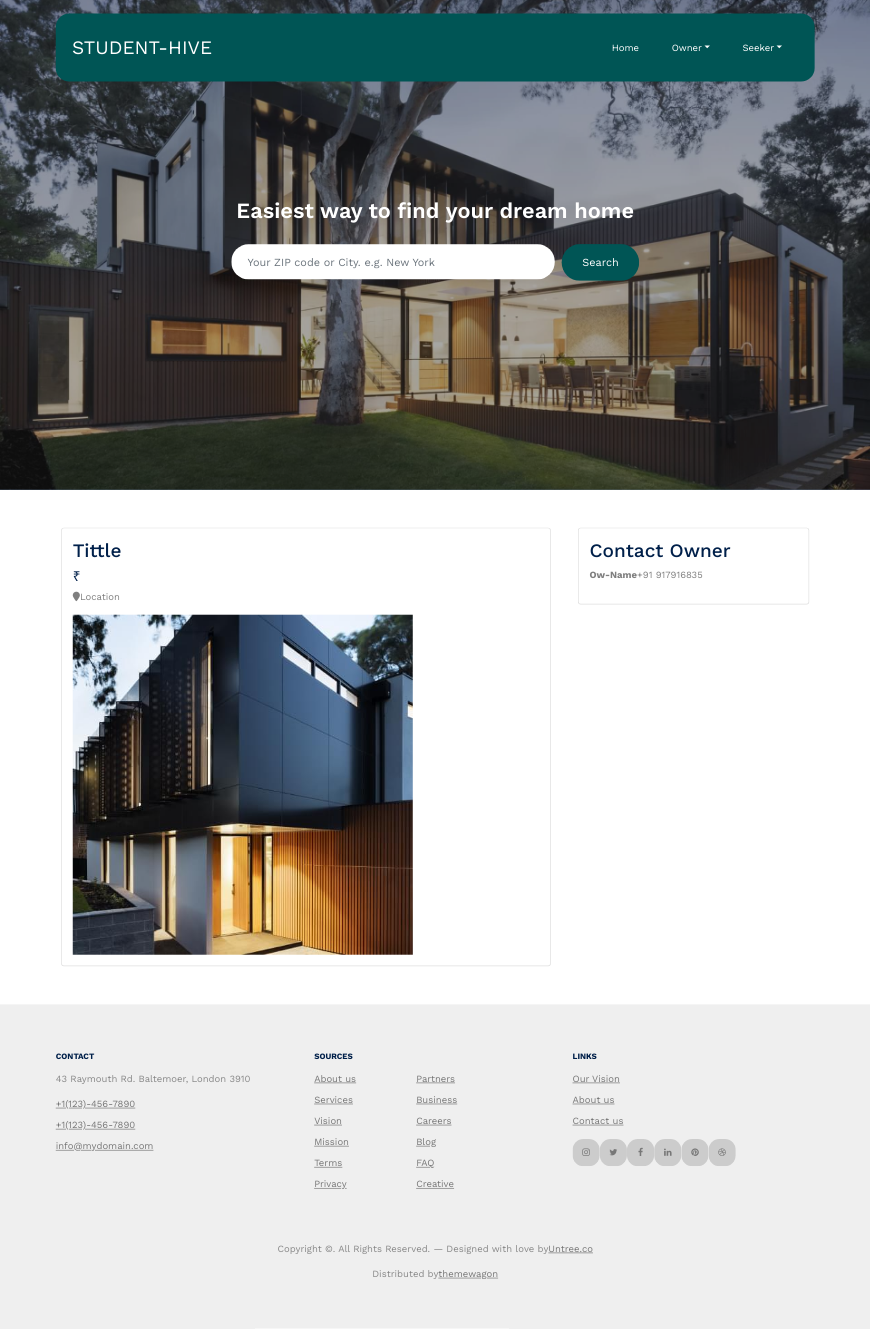
Repository: Farhan0021/Rentalproject
Page: /details (app in front/)
The author's editor kept a copy of each file at every save. The page is drawn from the files as they stood at one save, then again after the next save.
The browser window is 1280 px wide. The pictures show the whole page, at 68% of full size.
The project was rebuilt for these pictures with package versions that can differ from the ones it lists, and the page was loaded fresh each time. Also part of the build but not shown: front/vite.config.js, front/src/pages/Home.jsx, front/src/pages/seekers/Login.jsx, front/src/schema/SeekerSignupSchema.jsx, front/src/pages/seekers/Signup.jsx, front/src/pages/owner/Login.jsx, front/src/schema/OwnerSignupSchema.jsx, front/src/pages/owner/Signup.jsx.

Above is the page before, as saved 2025-04-30 23:46:12.
Console error: TypeError: Cannot read properties of null (reading 'style')

### front/index.html
<!doctype html>
<html lang="en">
  <head>
    <meta charset="UTF-8" />
    <link rel="icon" type="image/svg+xml" href="/vite.svg" />
    <meta name="viewport" content="width=device-width, initial-scale=1.0" />
    <title>Vite + React</title>
    <link rel="preconnect" href="https://fonts.googleapis.com" />
    <link rel="preconnect" href="https://fonts.gstatic.com" crossorigin />
    <link
      href="https://fonts.googleapis.com/css2?family=Work+Sans:wght@400;500;600;700&display=swap"
      rel="stylesheet"
    />

    <link rel="stylesheet" href="/Assets/fonts/icomoon/style.css" />
    <link rel="stylesheet" href="/Assets/fonts/flaticon/font/flaticon.css" />

    <link rel="stylesheet" href="/Assets/css/tiny-slider.css" />
    <link rel="stylesheet" href="/Assets/css/aos.css" />
    <link rel="stylesheet" href="/Assets/css/style.css" />

    <link rel="stylesheet" href="https://cdnjs.cloudflare.com/ajax/libs/font-awesome/6.7.2/css/all.min.css" integrity="sha512-Evv84Mr4kqVGRNSgIGL/F/aIDqQb7xQ2vcrdIwxfjThSH8CSR7PBEakCr51Ck+w+/U6swU2Im1vVX0SVk9ABhg==" crossorigin="anonymous" referrerpolicy="no-referrer" />


  </head>
  <body>
    <div id="root"></div>
    <script type="module" src="/src/main.jsx"></script>

    <script src="/Assets/js/bootstrap.bundle.min.js"></script>
    <script src="/Assets/js/tiny-slider.js"></script>
    <script src="/Assets/js/aos.js"></script>
    <script src="/Assets/js/navbar.js"></script>
    <script src="/Assets/js/counter.js"></script>
    <script src="/Assets/js/custom.js"></script>
  </body>
  </body>
</html>

### front/src/main.jsx
import { StrictMode } from 'react'
import { createRoot } from 'react-dom/client'
import App from './App'
import { BrowserRouter } from 'react-router-dom'


createRoot(document.getElementById('root')).render(
  <StrictMode>
    <BrowserRouter>
    <App />
    </BrowserRouter>
  </StrictMode>,
)

### front/src/App.jsx
import React from 'react'
import HeaderNew from './components/HeaderNew'
import Slider from './components/Slider'
import Footer from './components/Footer'
import AllRoutes from './routes/AllRoutes'

const App = () => {
  return (
    <>

    {/* <Header/> */}
    <HeaderNew/>
    <Slider/>
    <AllRoutes/>
    <Footer/>

     </>
  )
}

export default App

### front/src/components/HeaderNew.jsx
import React from'react'
import {NavLink} from 'react-router-dom'

const HeaderNew = () => {
    return (

    <div className="container fixed-top" style={{top:"20px" }}>
     <nav className='navbar navbar-expand-sm navbar-dark bg-green p-4' style={{borderRadius : "20px"}}>
          <NavLink className="navbar-brand" style={{fontSize : "28px"}} to='/'>STUDENT-HIVE</NavLink>
              <button className='navbar-toggler' data-bs-toggle="collapse" data-bs-target="#menu">
                 <span className='navbar-toggler-icon'></span>
              </button>
         <div className='collapse navbar-collapse justify-content-end' id='menu'>
             <ul className='nav navbar-nav'>

                  <li className='nav-item '>
                     <NavLink className="nav-link px-4 " to="/">Home</NavLink>
                    </li>
                <li className='nav-item dropdown'>
                        <a data-bs-toggle="dropdown" className="nav-link px-4 dropdown-toggle" href="#">Owner</a>
                        <div className="dropdown-menu" >
                            <NavLink className="dropdown-item" to="/owner/login">Login</NavLink>
                            <NavLink className="dropdown-item" to="/owner/signup">SignUp</NavLink>
                        </div>

                    </li>


                    <li className='nav-item dropdown'>
                        <a data-bs-toggle="dropdown" className="nav-link px-4 dropdown-toggle" href="#">Seeker</a>
                        <div className="dropdown-menu" >
                            <NavLink className="dropdown-item" to="/seeker/login">Login</NavLink>
                            <NavLink className="dropdown-item" to="/seeker/signup">SignUp</NavLink>
                        </div>

                    </li>


                </ul>
             </div>

             </nav>
       </div>
    )
}

export default HeaderNew

### front/src/components/Slider.jsx
import React from 'react'

const Slider = () => {
    return (
        <div className="hero">
        <div className="hero-slide">
          <div
            className="img overlay"
            style={{backgroundImage: "url('/Assets/images/hero_bg_3.jpg')"}}
          ></div>

        </div>

        <div className="container">
          <div className="row justify-content-center align-items-center">
            <div className="col-lg-9 text-center">
              <h1 className="heading" data-aos="fade-up">
                Easiest way to find your dream home
              </h1>
              <form
                action="#"
                className="narrow-w form-search d-flex align-items-stretch mb-3"
                data-aos="fade-up"
                data-aos-delay="200"
              >
                <input
                  type="text"
                  className="form-control px-4"
                  placeholder="Your ZIP code or City. e.g. New York"
                />
                <button type="submit" className="btn btn-primary">Search</button>
              </form>
            </div>
          </div>
        </div>
      </div>

    )
}
export default Slider

### front/src/components/Footer.jsx
import React from 'react'

const Footer = () => {
    return (
        <div className="site-footer">
        <div className="container">
          <div className="row">
            <div className="col-lg-4">
              <div className="widget">
                <h3>Contact</h3>
                <address>43 Raymouth Rd. Baltemoer, London 3910</address>
                <ul className="list-unstyled links">
                  <li><a href="tel://11234567890">+1(123)-456-7890</a></li>
                  <li><a href="tel://11234567890">+1(123)-456-7890</a></li>
                  <li>
                    <a href="mailto:info@mydomain.com">info@mydomain.com</a>
                  </li>
                </ul>
              </div>

            </div>

            <div className="col-lg-4">
              <div className="widget">
                <h3>Sources</h3>
                <ul className="list-unstyled float-start links">
                  <li><a href="#">About us</a></li>
                  <li><a href="#">Services</a></li>
                  <li><a href="#">Vision</a></li>
                  <li><a href="#">Mission</a></li>
                  <li><a href="#">Terms</a></li>
                  <li><a href="#">Privacy</a></li>
                </ul>
                <ul className="list-unstyled float-start links">
                  <li><a href="#">Partners</a></li>
                  <li><a href="#">Business</a></li>
                  <li><a href="#">Careers</a></li>
                  <li><a href="#">Blog</a></li>
                  <li><a href="#">FAQ</a></li>
                  <li><a href="#">Creative</a></li>
                </ul>
              </div>

            </div>

            <div className="col-lg-4">
              <div className="widget">
                <h3>Links</h3>
                <ul className="list-unstyled links">
                  <li><a href="#">Our Vision</a></li>
                  <li><a href="#">About us</a></li>
                  <li><a href="#">Contact us</a></li>
                </ul>

                <ul className="list-unstyled social">
                  <li>
                    <a href="#"><span className="icon-instagram"></span></a>
                  </li>
                  <li>
                    <a href="#"><span className="icon-twitter"></span></a>
                  </li>
                  <li>
                    <a href="#"><span className="icon-facebook"></span></a>
                  </li>
                  <li>
                    <a href="#"><span className="icon-linkedin"></span></a>
                  </li>
                  <li>
                    <a href="#"><span className="icon-pinterest"></span></a>
                  </li>
                  <li>
                    <a href="#"><span className="icon-dribbble"></span></a>
                  </li>
                </ul>
              </div>

            </div>

          </div>


          <div className="row mt-5">
            <div className="col-12 text-center">


              <p>
                Copyright &copy;
                <script>
                  document.write(new Date().getFullYear());
                </script>
                . All Rights Reserved. &mdash; Designed with love by
                <a href="https://untree.co">Untree.co</a>

              </p>
              <div>
                Distributed by
                <a href="https://themewagon.com/" target="_blank">themewagon</a>
              </div>
            </div>
          </div>
        </div>

      </div>

    )
}
export default Footer

### front/src/routes/AllRoutes.jsx
import React from 'react'
import { Routes, Route } from 'react-router-dom'
import {
    Home,
SeekerLogin,
SeekerSignup,
OwnerLogin,
OwnerSignup,
Details
} from '../pages'

const AllRoutes = () => {
    return(
        <>
        <Routes>
            <Route path='' element= { <Home/>}/>
            <Route path='details' element={<Details/>}/>
            <Route path='seeker/login' element={<SeekerLogin/>}/>
            <Route path='seeker/Signup' element={<SeekerSignup/>}/>

            <Route path='owner/Login' element={<OwnerLogin/>}/>
            <Route path='owner/Signup' element={<OwnerSignup/>}/>
        </Routes>

     </>

    )
}
export default AllRoutes

### front/src/pages/index.jsx
import Home from "./Home";
import SeekerLogin from "./seekers/Login"
import SeekerSignup from "./seekers/Signup";
import OwnerLogin from "./owner/Login"
import OwnerSignup from "./owner/Signup"
import Details from "./Details";

export {Home,Details,SeekerLogin,SeekerSignup,OwnerLogin,OwnerSignup};

### front/src/pages/Details.jsx
import React from 'react'

const Details = () => {
    return (
        <div className="container my-5">
            <div className="row">
                <div className="col-md-8 ">
                    <div className="card m-2 p-3">
                       <h3>Tittle </h3>
                       <h5>&#8377;</h5>
                       <p> <i class="fa fa-map-marker" aria-hidden="true"></i>
                       Location</p>
                       <div className="col-md-5">
                        <img src='public/assets/images/img_7.jpg'/>
                       </div>
                       <div className="col-md-7"></div>

                    </div>
                </div>
                <div className="col-md-4">
                    <div className="card m-2 p-3">
                        <h3>Contact Owner</h3>
                        <p><b>Ow-Name</b>+91 917916835 </p>
                    </div>
                </div>
            </div>
        </div>
    )
}

export default Details

### front/public/Assets/css/tiny-slider.css
.tns-outer{padding:0 !important}.tns-outer [hidden]{display:none !important}.tns-outer [aria-controls],.tns-outer [data-action]{cursor:pointer}.tns-slider{-webkit-transition:all 0s;-moz-transition:all 0s;transition:all 0s}.tns-slider>.tns-item{-webkit-box-sizing:border-box;-moz-box-sizing:border-box;box-sizing:border-box}.tns-horizontal.tns-subpixel{white-space:nowrap}.tns-horizontal.tns-subpixel>.tns-item{display:inline-block;vertical-align:top;white-space:normal}.tns-horizontal.tns-no-subpixel:after{content:'';display:table;clear:both}.tns-horizontal.tns-no-subpixel>.tns-item{float:left}.tns-horizontal.tns-carousel.tns-no-subpixel>.tns-item{margin-right:-100%}.tns-no-calc{position:relative;left:0}.tns-gallery{position:relative;left:0;min-height:1px}.tns-gallery>.tns-item{position:absolute;left:-100%;-webkit-transition:transform 0s, opacity 0s;-moz-transition:transform 0s, opacity 0s;transition:transform 0s, opacity 0s}.tns-gallery>.tns-slide-active{position:relative;left:auto !important}.tns-gallery>.tns-moving{-webkit-transition:all 0.25s;-moz-transition:all 0.25s;transition:all 0.25s}.tns-autowidth{display:inline-block}.tns-lazy-img{-webkit-transition:opacity 0.6s;-moz-transition:opacity 0.6s;transition:opacity 0.6s;opacity:0.6}.tns-lazy-img.tns-complete{opacity:1}.tns-ah{-webkit-transition:height 0s;-moz-transition:height 0s;transition:height 0s}.tns-ovh{overflow:hidden}.tns-visually-hidden{position:absolute;left:-10000em}.tns-transparent{opacity:0;visibility:hidden}.tns-fadeIn{opacity:1;filter:alpha(opacity=100);z-index:0}.tns-normal,.tns-fadeOut{opacity:0;filter:alpha(opacity=0);z-index:-1}.tns-vpfix{white-space:nowrap}.tns-vpfix>div,.tns-vpfix>li{display:inline-block}.tns-t-subp2{margin:0 auto;width:310px;position:relative;height:10px;overflow:hidden}.tns-t-ct{width:2333.3333333%;width:-webkit-calc(100% * 70 / 3);width:-moz-calc(100% * 70 / 3);width:calc(100% * 70 / 3);position:absolute;right:0}.tns-t-ct:after{content:'';display:table;clear:both}.tns-t-ct>div{width:1.4285714%;width:-webkit-calc(100% / 70);width:-moz-calc(100% / 70);width:calc(100% / 70);height:10px;float:left}

### front/public/Assets/js/navbar.js
(function(){

	'use strict'


	var siteMenuClone = function() {
		var jsCloneNavs = document.querySelectorAll('.js-clone-nav');
		var siteMobileMenuBody = document.querySelector('.site-mobile-menu-body');



		jsCloneNavs.forEach(nav => {
			var navCloned = nav.cloneNode(true);
			navCloned.setAttribute('class', 'site-nav-wrap');
			siteMobileMenuBody.appendChild(navCloned);
		});

		setTimeout(function(){

			var hasChildrens = document.querySelector('.site-mobile-menu').querySelectorAll(' .has-children');

			var counter = 0;
			hasChildrens.forEach( hasChild => {

				var refEl = hasChild.querySelector('a');

				var newElSpan = document.createElement('span');
				newElSpan.setAttribute('class', 'arrow-collapse collapsed');

				// prepend equivalent to jquery
				hasChild.insertBefore(newElSpan, refEl);

				var arrowCollapse = hasChild.querySelector('.arrow-collapse');
				arrowCollapse.setAttribute('data-bs-toggle', 'collapse');
				arrowCollapse.setAttribute('data-bs-target', '#collapseItem' + counter);

				var dropdown = hasChild.querySelector('.dropdown');
				dropdown.setAttribute('class', 'collapse');
				dropdown.setAttribute('id', 'collapseItem' + counter);

				counter++;
			});

		}, 1000);


		// Click js-menu-toggle

		var menuToggle = document.querySelectorAll(".js-menu-toggle");
		var mTog;
		menuToggle.forEach(mtoggle => {
			mTog = mtoggle;
			mtoggle.addEventListener("click", (e) => {
				if ( document.body.classList.contains('offcanvas-menu') ) {
					document.body.classList.remove('offcanvas-menu');
					mtoggle.classList.remove('active');
					mTog.classList.remove('active');
				} else {
					document.body.classList.add('offcanvas-menu');
					mtoggle.classList.add('active');
					mTog.classList.add('active');
				}
			});
		})



		var specifiedElement = document.querySelector(".site-mobile-menu");
		var mt, mtoggleTemp;
		// document.addEventListener('click', function(event) {
		// 	var isClickInside = specifiedElement.contains(event.target);
		// 	menuToggle.forEach(mtoggle => {
		// 		mtoggleTemp = mtoggle
		// 		mt = mtoggle.contains(event.target);
		// 	})

		// 	if (!isClickInside && !mt) {
		// 		if ( document.body.classList.contains('offcanvas-menu') ) {
		// 			document.body.classList.remove('offcanvas-menu');
		// 			mtoggleTemp.classList.remove('active');
		// 		}
		// 	}

		// });

	};
	siteMenuClone();


})()

### front/public/Assets/js/counter.js
(function () {

	'use trict';
// How long you want the animation to take, in ms
const animationDuration = 2000;
// Calculate how long each ‘frame’ should last if we want to update the animation 60 times per second
const frameDuration = 1000 / 60;
// Use that to calculate how many frames we need to complete the animation
const totalFrames = Math.round( animationDuration / frameDuration );
// An ease-out function that slows the count as it progresses
const easeOutQuad = t => t * ( 2 - t );


const numberWithCommas = n => {
	return n.toString().replace(/\B(?=(\d{3})+(?!\d))/g, ',');
}

// The animation function, which takes an Element
const animateCountUp = el => {
	let frame = 0;
	const countTo = parseInt( el.innerHTML, 10 );
	// Start the animation running 60 times per second
	const counter = setInterval( () => {
		frame++;
		// Calculate our progress as a value between 0 and 1
		// Pass that value to our easing function to get our
		// progress on a curve
		const progress = easeOutQuad( frame / totalFrames );
		// Use the progress value to calculate the current count
		const currentCount = Math.round( countTo * progress );

		// If the current count has changed, update the element
		if ( parseInt( el.innerHTML, 10 ) !== currentCount ) {
			el.innerHTML = numberWithCommas(currentCount);
		}

		// If we’ve reached our last frame, stop the animation
		if ( frame === totalFrames ) {
			clearInterval( counter );
		}
	}, frameDuration );
};

// Run the animation on all elements with a class of ‘countup’
const runAnimations = () => {
	const countupEls = document.querySelectorAll( '.countup' );
	countupEls.forEach( animateCountUp );
};




// In Viewed
var elements;
var windowHeight;

function init() {
	elements = document.querySelectorAll('.section-counter');
	windowHeight = window.innerHeight;
}

function checkPosition() {
	var i;
	for (i = 0; i < elements.length; i++) {
		var element = elements[i];
		var positionFromTop = elements[i].getBoundingClientRect().top;
		if (positionFromTop - windowHeight <= 0) {
			if( !element.classList.contains('viewed') ) {
				element.classList.add('viewed');
				runAnimations();
			} else {
				if ( element.classList.contains('viewed') ) {

				}
			}

		}
	}
}

window.addEventListener('scroll', checkPosition);
window.addEventListener('resize', init);

init();
checkPosition();


})()

### front/public/Assets/js/custom.js
(function () {

	'use strict'


	AOS.init({
		duration: 800,
		easing: 'slide',
		once: true
	});

	var preloader = function() {

		var loader = document.querySelector('.loader');
		var overlay = document.getElementById('overlayer');

		function fadeOut(el) {
			el.style.opacity = 1;
			(function fade() {
				if ((el.style.opacity -= .1) < 0) {
					el.style.display = "none";
				} else {
					requestAnimationFrame(fade);
				}
			})();
		};

		setTimeout(function() {
			fadeOut(loader);
			fadeOut(overlay);
		}, 200);
	};
	preloader();


	var tinySdlier = function() {

		var heroSlider = document.querySelectorAll('.hero-slide');
		var propertySlider = document.querySelectorAll('.property-slider');
		var imgPropertySlider = document.querySelectorAll('.img-property-slide');
		var testimonialSlider = document.querySelectorAll('.testimonial-slider');


		if ( heroSlider.length > 0 ) {
			var tnsHeroSlider = tns({
				container: '.hero-slide',
				mode: 'carousel',
				speed: 700,
				autoplay: true,
				controls: false,
				nav: false,
				autoplayButtonOutput: false,
				controlsContainer: '#hero-nav',
			});
		}


		if ( imgPropertySlider.length > 0 ) {
			var tnsPropertyImageSlider = tns({
				container: '.img-property-slide',
				mode: 'carousel',
				speed: 700,
				items: 1,
				gutter: 30,
				autoplay: true,
				controls: false,
				nav: true,
				autoplayButtonOutput: false
			});
		}

		if ( propertySlider.length> 0 ) {
			var tnsSlider = tns({
				container: '.property-slider',
				mode: 'carousel',
				speed: 700,
				gutter: 30,
				items: 3,
				autoplay: true,
				autoplayButtonOutput: false,
				controlsContainer: '#property-nav',
				responsive: {
					0: {
						items: 1
					},
					700: {
						items: 2
					},
					900: {
						items: 3
					}
				}
			});
		}


		if ( testimonialSlider.length> 0 ) {
			var tnsSlider = tns({
				container: '.testimonial-slider',
				mode: 'carousel',
				speed: 700,
				items: 3,
				gutter: 50,
				autoplay: true,
				autoplayButtonOutput: false,
				controlsContainer: '#testimonial-nav',
				responsive: {
					0: {
						items: 1
					},
					700: {
						items: 2
					},
					900: {
						items: 3
					}
				}
			});
		}
	}
	tinySdlier();



})()

Loaded but not shown: front/public/Assets/fonts/icomoon/style.css (common file); front/public/Assets/fonts/flaticon/font/flaticon.css (common file); front/public/Assets/css/aos.css (library); front/public/Assets/css/style.css (library); front/public/Assets/js/bootstrap.bundle.min.js (library); front/public/Assets/js/aos.js (library); front/public/Assets/js/tiny-slider.js (3208 lines, source omitted)

After the next save:
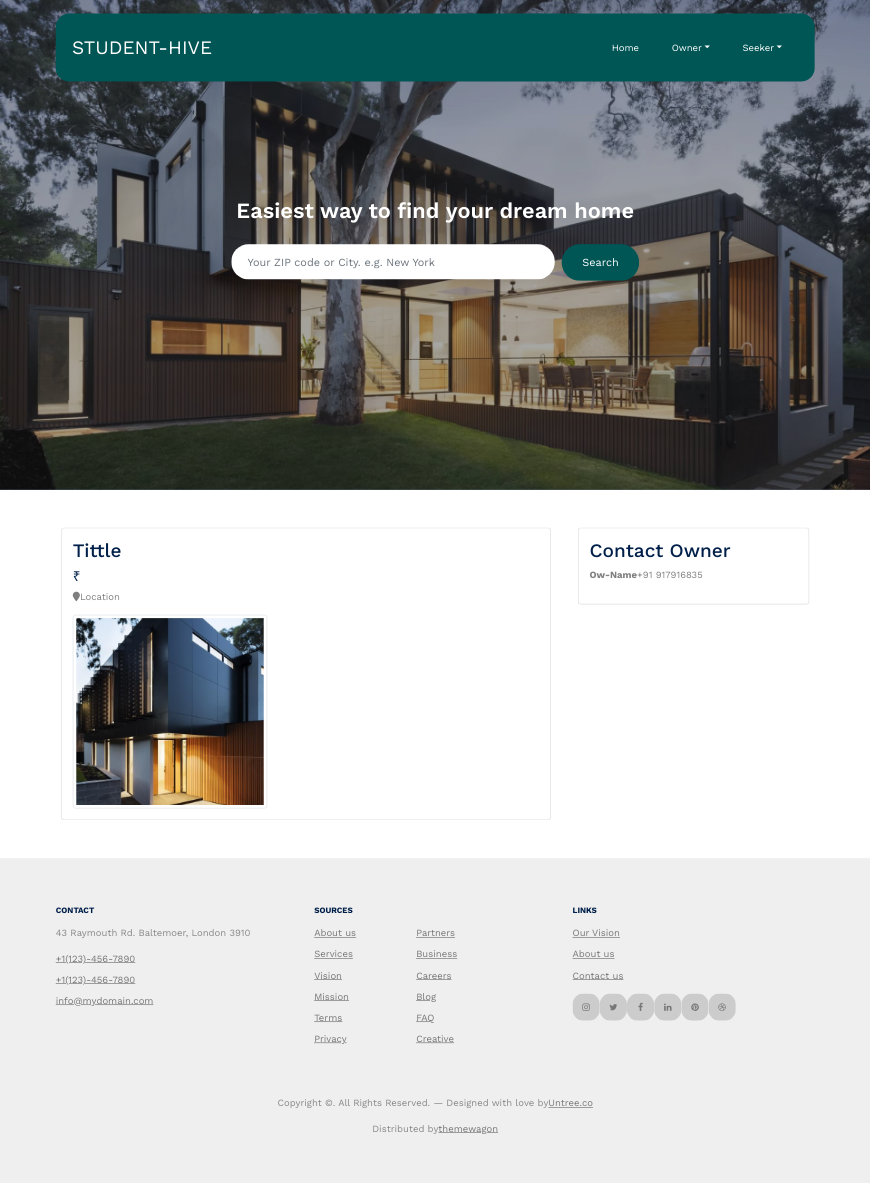
Saved 2 min 24 s later.
--- a/front/src/pages/Details.jsx
+++ b/front/src/pages/Details.jsx
@@ -11,7 +11,7 @@ const Details = () => {
                        <p> <i class="fa fa-map-marker" aria-hidden="true"></i>
                        Location</p>
                        <div className="col-md-5">
-                        <img src='public/assets/images/img_7.jpg'/>
+                        <img src='public/assets/images/img_7.jpg' className='img-thumbnail'/>
                        </div>
                        <div className="col-md-7"></div>
 
